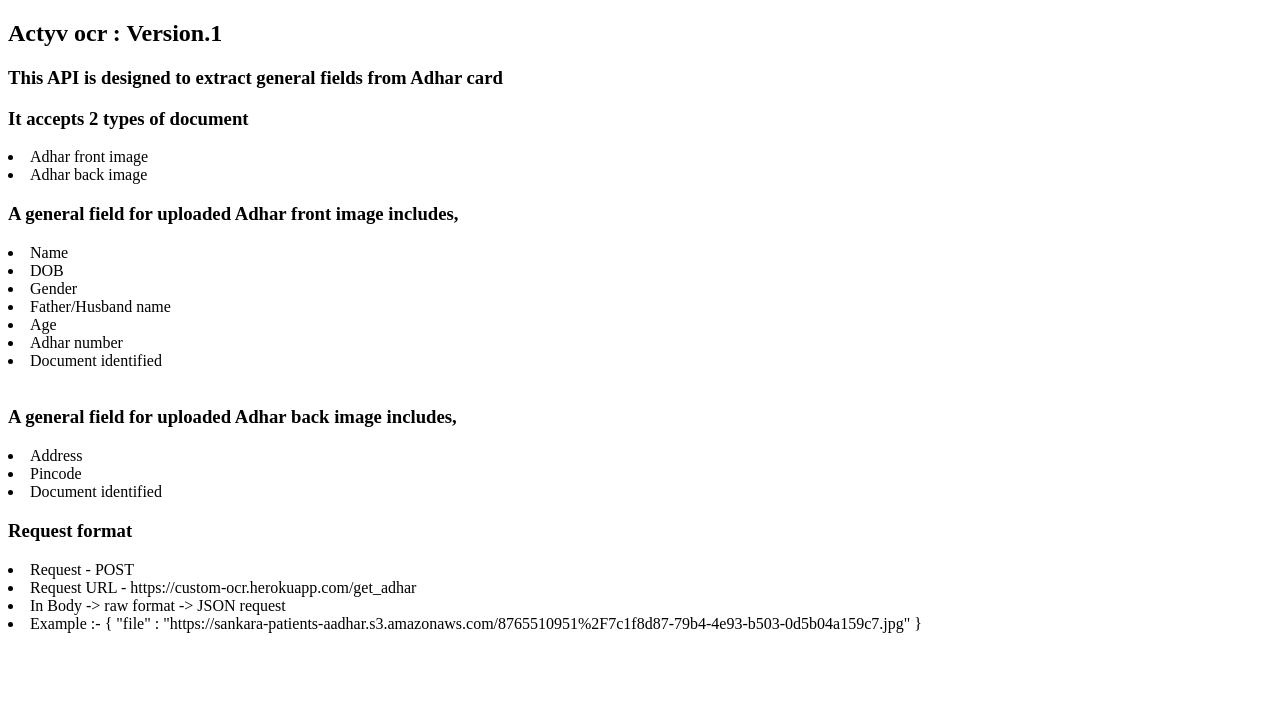
Repository: Sahana-M/OCR-for-Adhar
Page: template/home.html
An editor plug-in stored every save of this project. The page is shown before and after the next save, followed by the edit.
The browser window is 1280 px wide. The pictures show the whole page.

Above is the page before, as saved 2020-03-25 21:18:22.

After the next save:
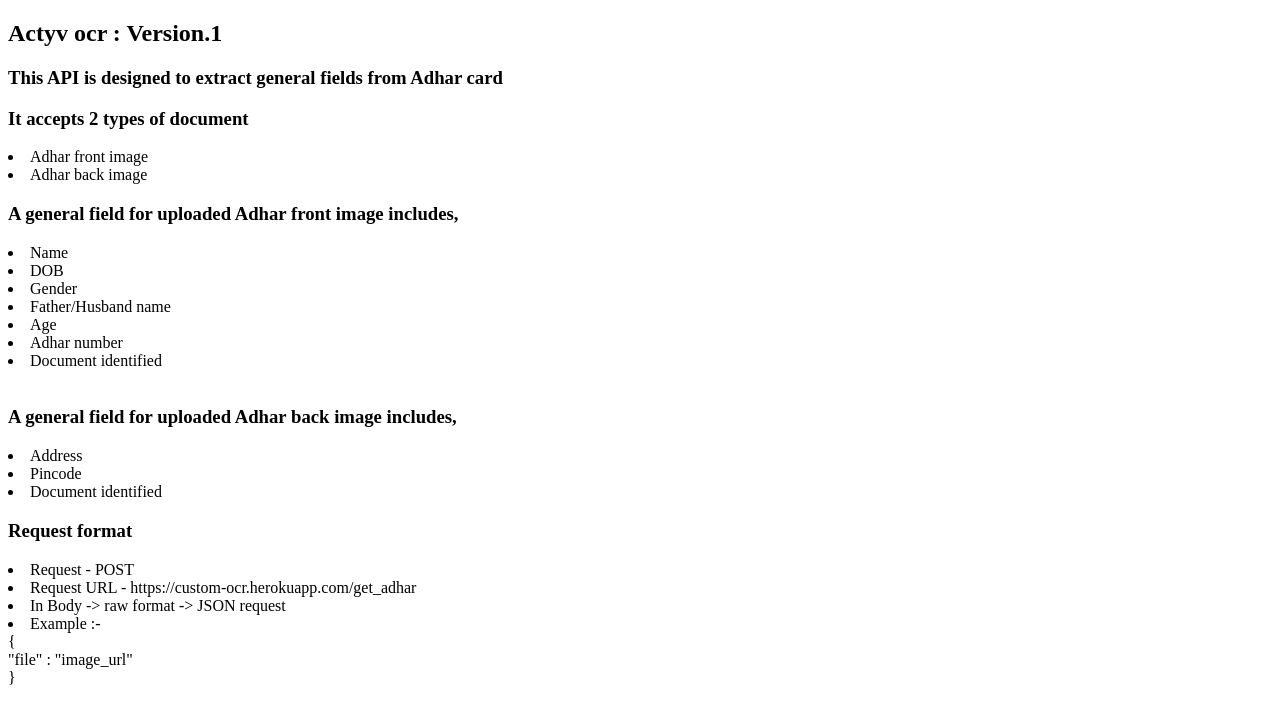
Saved 44 s later.
--- a/template/home.html
+++ b/template/home.html
@@ -29,8 +29,9 @@
         <li>Request     - POST</li>
         <li>Request URL - https://custom-ocr.herokuapp.com/get_adhar</li>
         <li>In Body     -> raw format    -> JSON request</li>
-        <li>Example :- {
-            "file" : "https://sankara-patients-aadhar.s3.amazonaws.com/8765510951%2F7c1f8d87-79b4-4e93-b503-0d5b04a159c7.jpg"
-            }</li>
+        <li>Example :- <br>
+            {<br>
+            "file" : "image_url"<br>
+            }</li><br>
     </body>
 </html>
